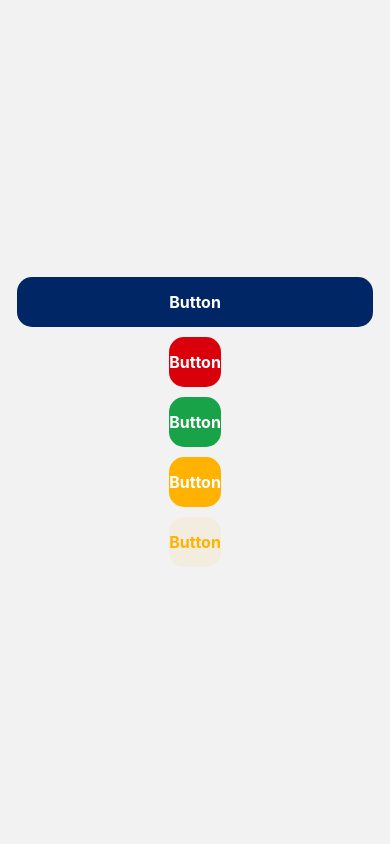
Repository: hungdomanh95/setuptheme
Screen: /
These files come from the project's save history. The screen is drawn as it stood at one moment and after the next save; the edit follows.
The app was drawn by React Native's web renderer in a window 390 px wide. The project was rebuilt for these pictures with package versions that can differ from the ones it lists, and the page was loaded fresh each time. Also part of the build but not shown: src/components/Fade/index.js, src/components/Slide/index.js.

Above is the screen before, as saved 2022-05-17 11:28:14.

After the next save:
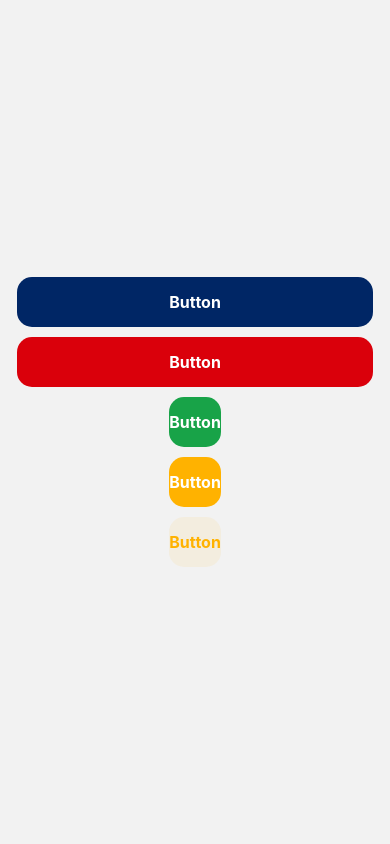
Saved 16 s later.
--- a/src/screens/HomeScreen/index.js
+++ b/src/screens/HomeScreen/index.js
@@ -7,7 +7,7 @@ const HomeScreen = () => {
   return (
     <View style={styles.container}>
       <RNButton text="Button" type={'primary'} size={'fullsize'} />
-      <RNButton text="Button" type={'danger'} />
+      <RNButton text="Button" type={'danger'} size = {50} />
       <RNButton text="Button" type={'success'} />
       <RNButton text="Button" type={'warning'} />
       <RNButton text="Button" color={COLOR.neural8} colorText={COLOR.neural} />
